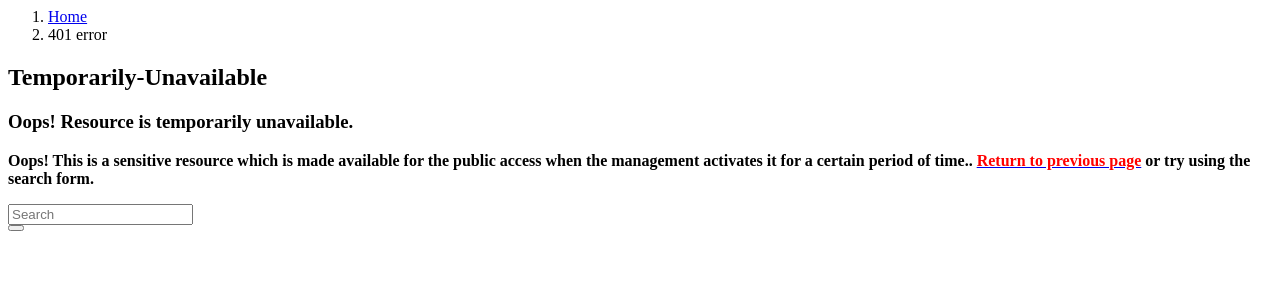
Repository: sanjeev167/IndiaOnLineVoting_3112020
Page: http://localhost/IndiaOnLineVoting/WEB-INF/jsp/resultNotPublished.jsp
An editor plug-in stored every save of this project. The page is shown before and after the next save, followed by the edit.
The browser window is 1280 px wide. The pictures show the whole page.
The page is served by Tomcat 9. Nobody is signed in. Other server files are loaded and not shown. The template is opened directly, without the code that normally fills it, so the values that code supplies are empty.

Above is the page before, as saved 2020-11-10 16:40:55.

### IndiaOnLineVoting/src/main/webapp/WEB-INF/jsp/resultNotPublished.jsp
<html>
<head>
<meta charset="utf-8">
<meta http-equiv="X-UA-Compatible" content="IE=edge">
<head>
<title>IndiaOnLineVoting | 401 Page not found</title>
</head>
<body>
	<section class="content-header">
		<ol class="breadcrumb">
			<li><a href="#"><i class="fa fa-dashboard"></i> Home</a></li>

			<li class="active">401 error</li>
		</ol>
	</section>

	<!-- Main content -->
	<section class="content">

		<div class="error-page">
			<h2 class="headline text-red">Temporarily-Unavailable </h2>

			<div class="error-content">
				<h3>
					<i class="fa fa-warning text-red"></i><strong> Oops! Resource is temporarily unavailable.</strong>
				</h3>

				<p>
					<strong> Oops! This is a sensitive resource which is made available for the public access when the management activates it for a certain period of time.. <a href="#"
						onclick="javascript:history.go(-1)"><strong style="color: red">Return
								to previous page</strong></a> or try using the search form.
					</strong>
				</p>

				<form class="search-form">
					<div class="input-group">
						<input type="text" name="search" class="form-control"
							placeholder="Search">

						<div class="input-group-btn">
							<button type="submit" name="submit"
								class="btn btn-danger btn-flat">
								<i class="fa fa-search"></i>
							</button>
						</div>
					</div>
					<!-- /.input-group -->
				</form>
			</div>
		</div>
		<!-- /.error-page -->

	</section>
	<!-- /.content -->
</body>
</html>

After the next save:
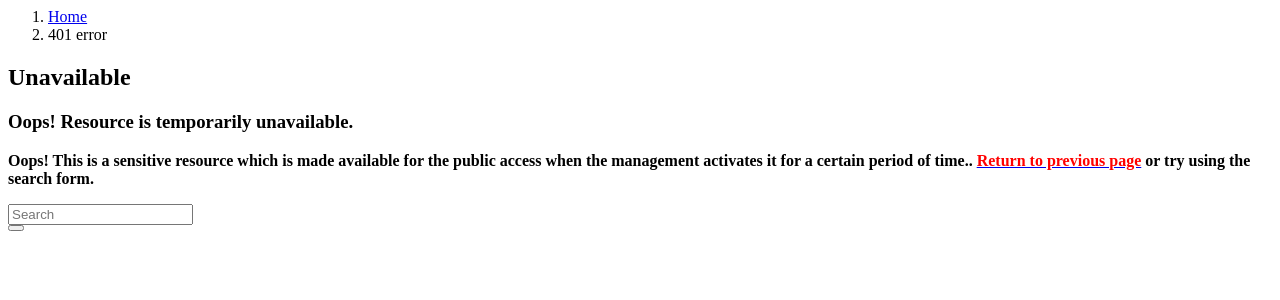
Saved 20 s later.
--- a/IndiaOnLineVoting/src/main/webapp/WEB-INF/jsp/resultNotPublished.jsp
+++ b/IndiaOnLineVoting/src/main/webapp/WEB-INF/jsp/resultNotPublished.jsp
@@ -18,7 +18,7 @@
 	<section class="content">
 
 		<div class="error-page">
-			<h2 class="headline text-red">Temporarily-Unavailable </h2>
+			<h2 class="headline text-red">Unavailable </h2>
 
 			<div class="error-content">
 				<h3>
